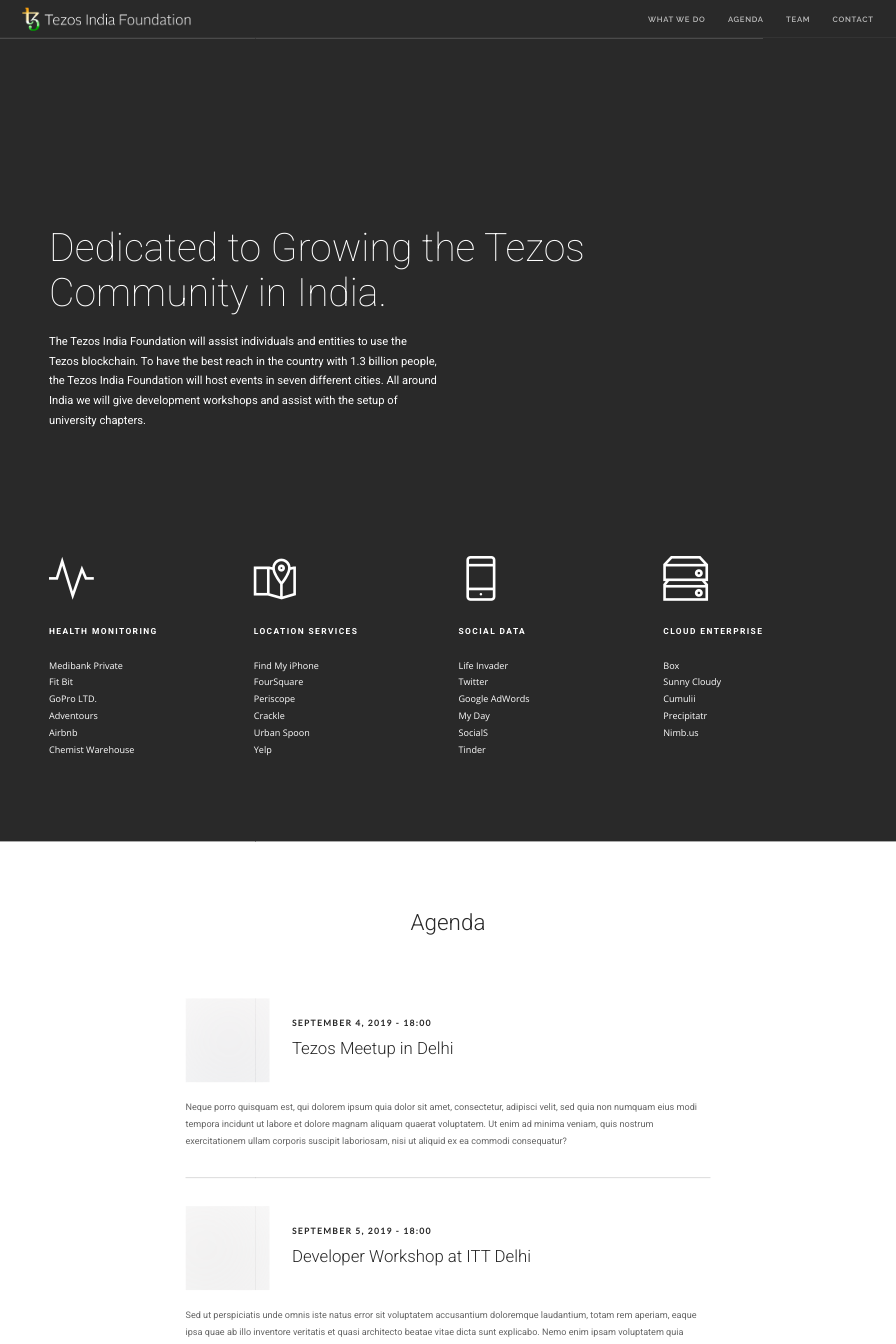
Repository: Tezos-India-Foundation/TIF-Website
Page: Tezos India Website/page.html
An editor plug-in stored every save of this project. The page is shown before and after the next save, followed by the edit.
The browser window is 1280 px wide. The pictures show the part of the page from y = 0 to 1920 px (the page is 3478 px tall before and 3450 px after), at 70% of full size.

Above is the page before, as saved 2019-08-06 15:47:24.

### Tezos India Website/page.html
<!doctype html>
<html lang="en">

<head>
	<meta charset="utf-8">
	<title></title>
	<meta name="viewport" content="width=device-width, initial-scale=1.0">
	<link href="css/font-awesome.min.css" rel="stylesheet" type="text/css" media="all">
	<link href="css/themify-icons.css" rel="stylesheet" type="text/css" media="all" />
	<link href="css/bootstrap.css" rel="stylesheet" type="text/css" media="all" />
	<link href="css/theme-nearblack.css" rel="stylesheet" type="text/css" media="all" />
	<link href="css/custom.css" rel="stylesheet" type="text/css" media="all" />
	<link
		href='http://fonts.googleapis.com/css?family=Lato:300,400%7CRaleway:100,400,300,500,600,700%7COpen+Sans:400,500,600'
		rel='stylesheet' type='text/css'>
	<link href="http://fonts.googleapis.com/css?family=Roboto:100,300,400,600,700" rel="stylesheet" type="text/css">
	<link href="css/font-roboto.css" rel="stylesheet" type="text/css">
</head>

<body>

	<div class="nav-container">




		<nav class="bg-dark">
			<div class="nav-bar">
				<div class="module left">
					<a href="index.html">
						<img class="logo logo-light" alt="Foundry" src="img\logo with text.png">
						<img class="logo logo-dark" alt="Foundry" src="img/logo-dark.png">
					</a>
				</div>
				<div class="module widget-handle mobile-toggle right visible-sm visible-xs">
					<i class="ti-menu"></i>
				</div>
				<div class="module-group right">
					<div class="module left">
						<ul class="menu">
							<li>
								<a href="#">What We Do</a>
							</li>
							<li>
								<a href="#">Agenda</a>
							</li>
							<li>
								<a href="#">Team</a>
							</li>
							<li>
								<a href="#">Contact</a>
							</li>
					</div>

				</div>
		</nav>





















































































	</div>

	<div class="main-container">





		<!-- <section class="cover fullscreen image-bg overlay">

			<div class="background-image-holder">
				<img alt="image" class="background-image" src="img/prop1.jpg">
			</div>
			<div class="container v-align-transform">
				<div class="row">
					<div class="col-sm-12 text-center">
						<h1 class="large mb16">Tezos India Foundation</h1>
						<h5 class="uppercase mb0">Education . meetups . partnerships</h5>
					</div>
				</div>

			</div>

			<div class="align-bottom relative-xs text-center" id="buttonslanding">
				<a class="btn btn-filled btn-lg mb32 mt-xs-40" href="#">What is Tezos?</a>
				<a class="btn btn-filled btn-lg mb32 mt-xs-40" href="#">Developer Resources</a>
			</div>

		</section> -->
		<section class="bg-dark">
			<div class="container">
				<div class="row">
					<!-- <div class="col-sm-12">

						<hr class="mb160 mb-xs-24">
					</div> -->
				</div>

				<div class="row" id="headerlanding">
					<div class="col-md-10">
						<h1 class="thin">Dedicated to Growing the Tezos Community in India.</h1>
					</div>
				</div>

				<div class="row mb160 mb-xs-0">
					<div class="col-md-6 col-sm-8">
						<p class="lead">The Tezos India Foundation will assist individuals and
							entities to use the Tezos blockchain. To have the best reach in the country with 1.3 billion
							people, the Tezos India Foundation will host events in seven different cities. All around
							India we will give development workshops and assist with the setup of university
							chapters.&nbsp;</p>
					</div>
				</div>

				<div class="row">
					<div class="col-md-3 col-sm-6 mb-xs-24">
						<i class="ti-pulse icon mb32"></i>
						<h6 class="uppercase">Health Monitoring</h6>
						<ul>
							<li>Medibank Private</li>
							<li>Fit Bit</li>
							<li>GoPro LTD.</li>
							<li>Adventours</li>
							<li>Airbnb</li>
							<li>Chemist Warehouse</li>
						</ul>
					</div>
					<div class="col-md-3 col-sm-6 mb-xs-24">
						<i class="ti-map-alt icon mb32"></i>
						<h6 class="uppercase">Location Services</h6>
						<ul>
							<li>Find My iPhone</li>
							<li>FourSquare</li>
							<li>Periscope</li>
							<li>Crackle</li>
							<li>Urban Spoon</li>
							<li>Yelp</li>
						</ul>
					</div>
					<div class="col-md-3 col-sm-6 mb-xs-24">
						<i class="ti-mobile icon mb32"></i>
						<h6 class="uppercase">Social Data</h6>
						<ul>
							<li>Life Invader</li>
							<li>Twitter</li>
							<li>Google AdWords</li>
							<li>My Day</li>
							<li>SocialS</li>
							<li>Tinder</li>
						</ul>
					</div>
					<div class="col-md-3 col-sm-6 mb-xs-24">
						<i class="ti-harddrives icon mb32"></i>
						<h6 class="uppercase">Cloud Enterprise</h6>
						<ul>
							<li>Box</li>
							<li>Sunny Cloudy</li>
							<li>Cumulii</li>
							<li>Precipitatr</li>
							<li>Nimb.us</li>
						</ul>
					</div>
				</div>

			</div>

		</section>
		<section>
			<div class="container">
				<div class="row mb64 mb-xs-24">
					<div class="col-sm-12 text-center">
						<h3>Agenda</h3>

					</div>
				</div>

				<div class="row">
					<div class="col-md-offset-2 col-md-8">
						<div class="tabbed-content button-tabs">


									<div class="tab-content text-left">
										<div>
											<div class="overflow-hidden">
												<img alt="Pic" class="mb24 pull-left" src="img/avatar1.png">
												<div class="pull-left p32 p0-xs pt24">
													<h6 class="uppercase mb8 number">September 4, 2019 - 18:00</h6>
													<h4>Tezos Meetup in Delhi</h4>
												</div>
											</div>
											<p>
												Neque porro quisquam est, qui dolorem ipsum quia dolor sit amet,
												consectetur, adipisci velit, sed quia non numquam eius modi tempora
												incidunt ut labore et dolore magnam aliquam quaerat voluptatem. Ut enim
												ad minima veniam, quis nostrum exercitationem ullam corporis suscipit
												laboriosam, nisi ut aliquid ex ea commodi consequatur?
											</p>
											<hr class="mt40 mb40 mt-xs-0 mb-xs-24">
										</div>
										<div>
											<div class="overflow-hidden">
												<img alt="Pic" class="mb24 pull-left" src="img/avatar2.png">
												<div class="pull-left p32 p0-xs pt24">
													<h6 class="uppercase mb8 number">September 5, 2019 - 18:00</h6>
													<h4>Developer Workshop at ITT Delhi</h4>
												</div>
											</div>
											<p>
												Sed ut perspiciatis unde omnis iste natus error sit voluptatem
												accusantium doloremque laudantium, totam rem aperiam, eaque ipsa quae ab
												illo inventore veritatis et quasi architecto beatae vitae dicta sunt
												explicabo. Nemo enim ipsam voluptatem quia voluptas sit aspernatur aut
												odit aut fugit, sed quia consequuntur magni
											</p>
											<hr class="mt40 mb40 mt-xs-0 mb-xs-24">
										</div>
										<div>
											<div class="overflow-hidden">
												<img alt="Pic" class="mb24 pull-left" src="img/avatar2.png">
												<div class="pull-left p32 p0-xs pt24">
													<h6 class="uppercase mb8 number">September 5, 2019 - 18:00</h6>
													<h4>Developer Workshop at ITT Delhi</h4>
												</div>
											</div>
											<p>
												Sed ut perspiciatis unde omnis iste natus error sit voluptatem
												accusantium doloremque laudantium, totam rem aperiam, eaque ipsa quae ab
												illo inventore veritatis et quasi architecto beatae vitae dicta sunt
												explicabo. Nemo enim ipsam voluptatem quia voluptas sit aspernatur aut
												odit aut fugit, sed quia consequuntur magni
											</p>
											<hr class="mt40 mb40 mt-xs-0 mb-xs-24">
										</div>
									</div>

						</div>

					</div>
				</div>


		</section>
		<section class="bg-dark">
			<div class="container">
				<div class="row">
					<div class="col-md-4 col-sm-6">
						<div class="image-tile outer-title text-center">
							<img alt="Pic" src="img/team-1.jpg">
							<div class="title mb16">
								<h5 class="uppercase mb0">Bernd Oostrum</h5>
								<span>Director</span>
							</div>
							<p class="mb0">
								Sed ut perspiciatis unde omnis iste natus error sit voluptatem accusantium doloremque
								laudantium, totam rem aperiam, eaque ipsa quae ab illo inventore veritatis.
							</p>
						</div>
					</div>
					<div class="col-md-4 col-sm-6">
						<div class="image-tile outer-title text-center">
							<img alt="Pic" src="img/team-2.jpg">
							<div class="title mb16">
								<h5 class="uppercase mb0">Om Malviya</h5>
								<span>Director</span>
							</div>
							<p class="mb0">
								Sed ut perspiciatis unde omnis iste natus error sit voluptatem accusantium doloremque
								laudantium, totam rem aperiam, eaque ipsa quae ab illo inventore veritatis.
							</p>
						</div>
					</div>
					<div class="col-md-4 col-sm-6">
						<div class="image-tile outer-title text-center">
							<img alt="Pic" src="img/team-3.jpg">
							<div class="title mb16">
								<h5 class="uppercase mb0">Gokul Alex</h5>
								<span>Director</span>
							</div>
							<p class="mb0">
								Sed ut perspiciatis unde omnis iste natus error sit voluptatem accusantium doloremque
								laudantium, totam rem aperiam, eaque ipsa quae ab illo inventore veritatis.
							</p>
						</div>
					</div>
				</div>

			</div>

		</section>
		<section class="bg-primary">
			<div class="container">
				<div class="row">
					<div class="col-sm-12 text-center">
						<h3 class="mb0 inline-block p32 p0-xs">Interested in exploring Tezos?</h3>
						<a class="btn btn-lg btn-white mb8 mt-xs-24" href="#">Reach out</a>
					</div>
				</div>

			</div>

		</section>
		<footer class="footer-2 bg-dark text-center-xs">
			<div class="container">
				<div class="row">
					<div class="col-sm-4">
						<a href="#"><img class="image-xxs fade-half" alt="Pic" src="img\logo with text.png"></a>
					</div>

					<div class="col-sm-5 text-center">
						<span class="fade-half">
							© Copyright 2019 Tezos India Foundation - All Rights Reserved
						</span>
					</div>

					<div class="col-sm-3 text-right text-center-xs">
						<ul class="list-inline social-list">
							<li><a href="#"><i class="ti-twitter-alt"></i></a></li>
							<li><a href="#"><i class="ti-facebook"></i></a></li>
							<li><a href="#"><i class="ti-linkedin"></i></a></li>

						</ul>
					</div>
				</div>
			</div>
		</footer>
	</div>


	<script src="js/jquery.min.js"></script>
	<script src="js/bootstrap.min.js"></script>
	<script src="js/parallax.js"></script>
	<script src="js/scripts.js"></script>
</body>

</html>

### Tezos India Website/css/custom.css
/****** PLACE YOUR CUSTOM STYLES HERE ******/

#headerlanding {
    padding-top: 15%;
}

Loaded but not shown: Tezos India Website/css/font-awesome.min.css (library); Tezos India Website/css/themify-icons.css (common file); Tezos India Website/css/bootstrap.css (library); Tezos India Website/css/font-roboto.css (common file); Tezos India Website/js/jquery.min.js (library); Tezos India Website/js/bootstrap.min.js (library); Tezos India Website/js/parallax.js (library); Tezos India Website/js/scripts.js (1387 lines, source omitted); Tezos India Website/css/theme-nearblack.css (5712 lines, source omitted)

After the next save:
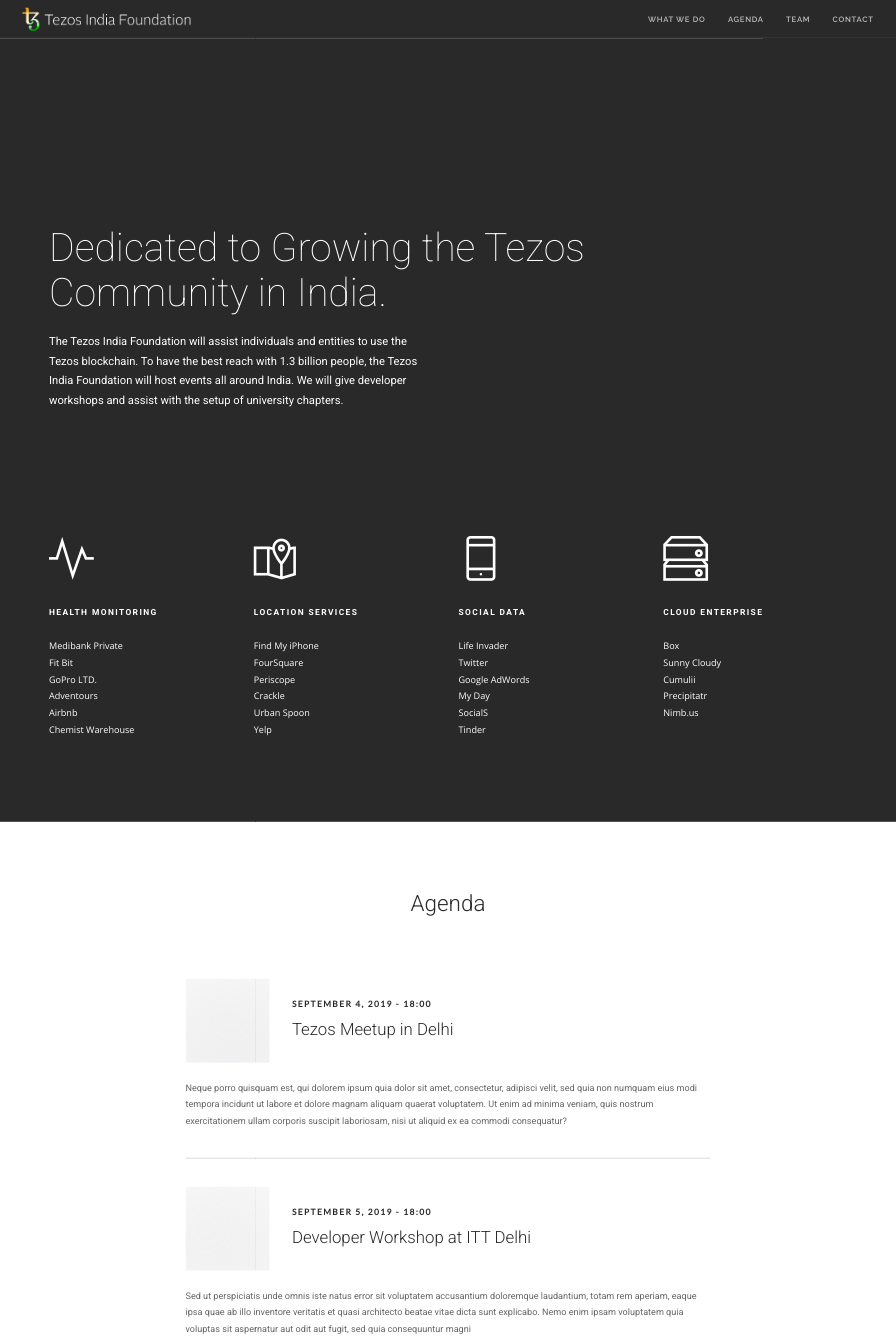
Saved 70 s later.
--- a/Tezos India Website/page.html
+++ b/Tezos India Website/page.html
@@ -186,9 +186,9 @@
 				<div class="row mb160 mb-xs-0">
 					<div class="col-md-6 col-sm-8">
 						<p class="lead">The Tezos India Foundation will assist individuals and
-							entities to use the Tezos blockchain. To have the best reach in the country with 1.3 billion
-							people, the Tezos India Foundation will host events in seven different cities. All around
-							India we will give development workshops and assist with the setup of university
+							entities to use the Tezos blockchain. To have the best reach with 1.3 billion
+							people, the Tezos India Foundation will host events all around
+							India. We will give developer workshops and assist with the setup of university
 							chapters.&nbsp;</p>
 					</div>
 				</div>
